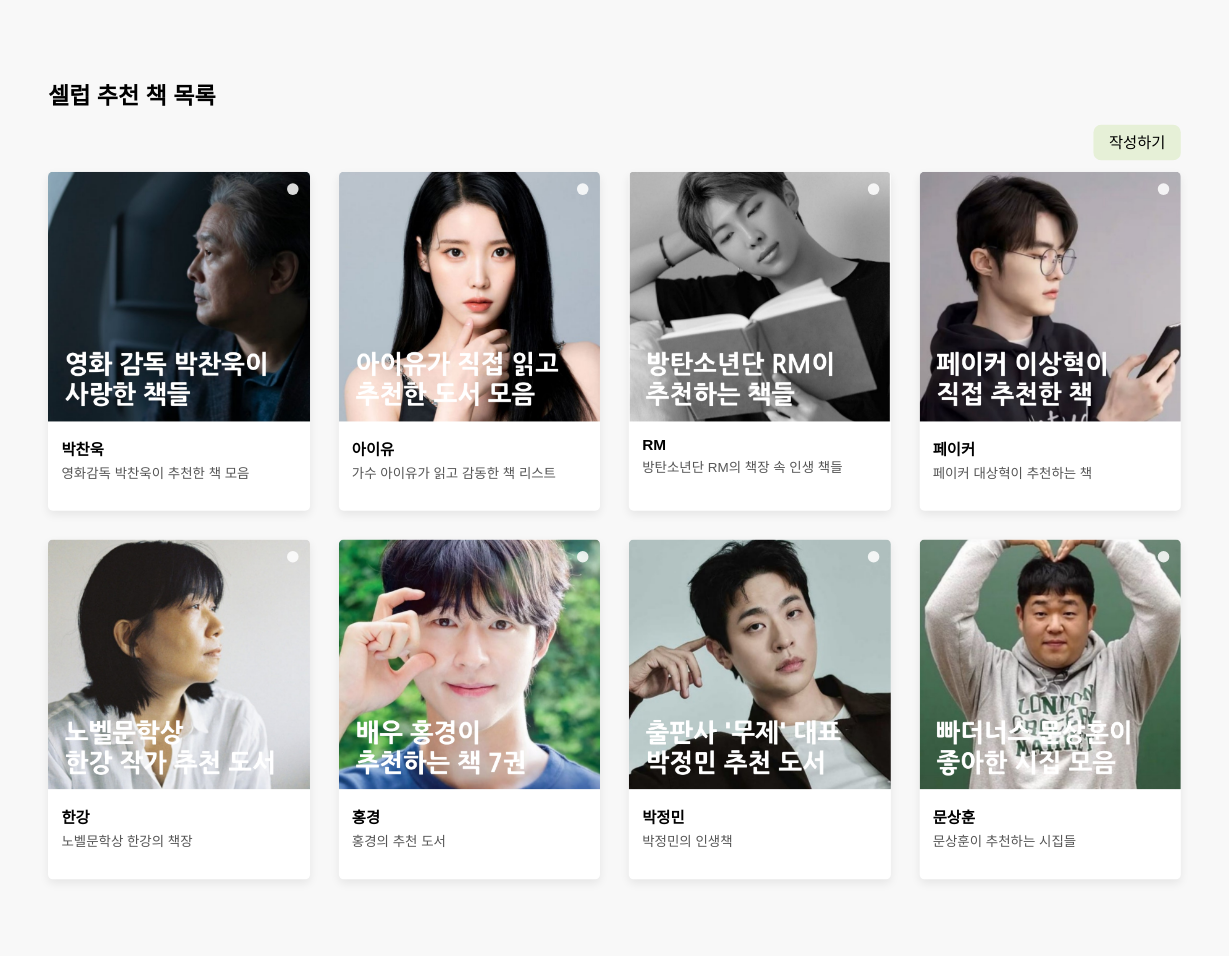
Repository: book-recommendation-team/book_recommendation_web_project
Page: http://localhost/2025_teamproject/celebList
An editor plug-in stored every save of this project. The page is shown before and after the next save, followed by the edit.
The browser window is 1280 px wide. The pictures show the whole page, at 96% of full size.
The page is served by Tomcat 9.

Above is the page before, as saved 2025-07-01 00:56:43.

After the next save:
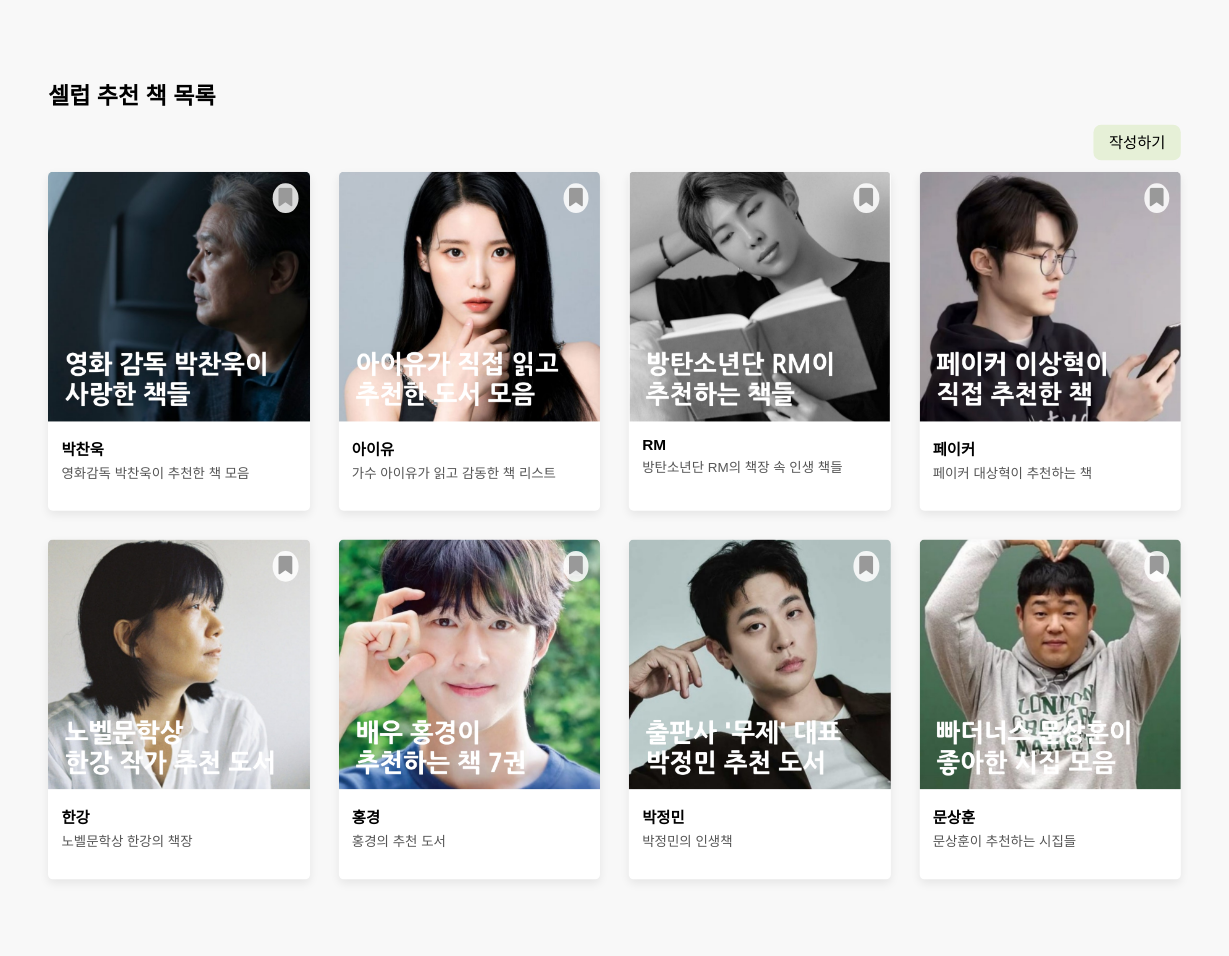
Saved 12 min 11 s later.
--- a/2025_teamproject/src/main/webapp/CelebList.jsp
+++ b/2025_teamproject/src/main/webapp/CelebList.jsp
@@ -2,6 +2,8 @@
 	pageEncoding="UTF-8"%>
 <%@ taglib uri="http://java.sun.com/jsp/jstl/core" prefix="c"%>
 <!DOCTYPE html>
+<html>
+<link rel="stylesheet" href="https://cdnjs.cloudflare.com/ajax/libs/font-awesome/6.5.0/css/all.min.css" />
 <style>
         body {
             font-family: 'Noto Sans KR', sans-serif;
@@ -78,7 +80,7 @@
             color: #f39c12; /* 노란색 강조 */
         }
     </style>
-<html>
+
 <head>
 <meta charset="UTF-8">
 <title>셀럽 추천 리스트</title>
